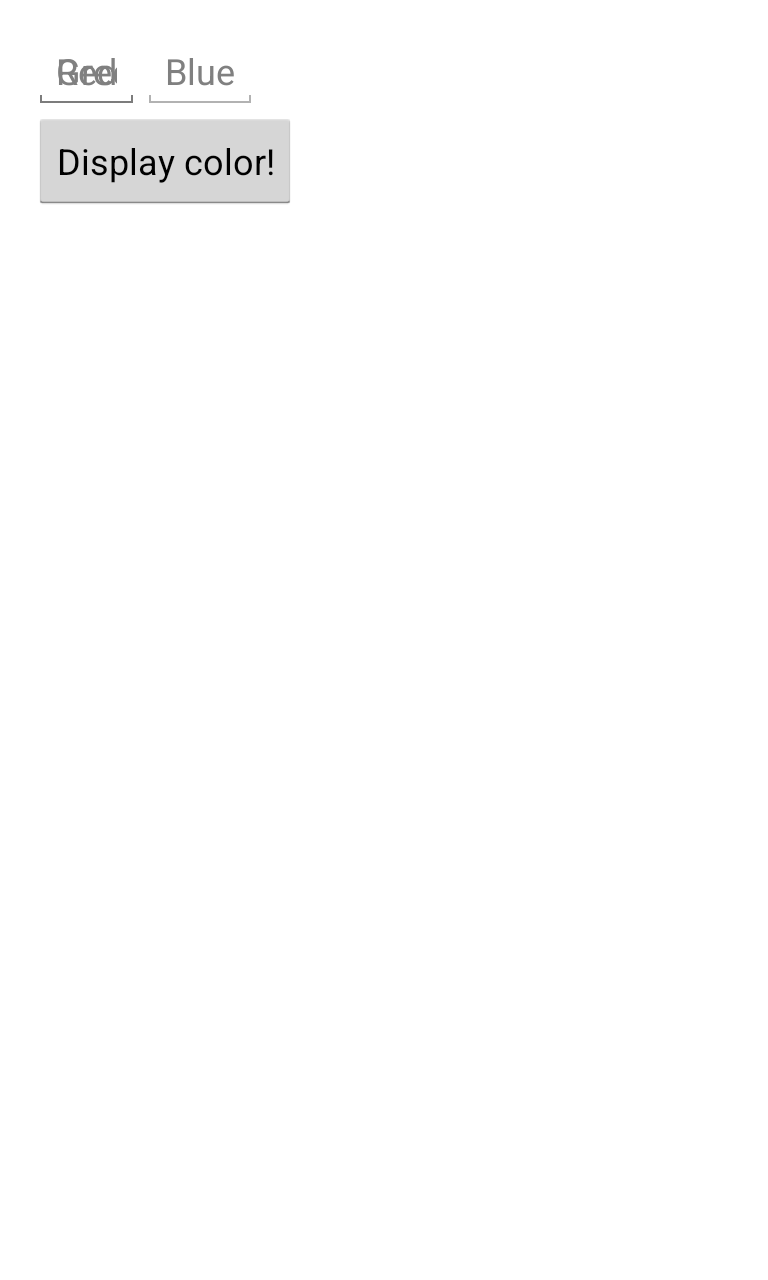
Repository: me222rs/AndroidLab1
Layout: ColorDisplay/res/layout/activity_color_display.xml
An editor plug-in stored every save of this project. The layout is shown before and after the next save, followed by the edit.
It is drawn on a 768 x 1280 px phone screen (xhdpi) without system bars, with theme AppTheme; the app's code is not run.

Above is the layout before, as saved 2014-11-18 08:18:54.

After the next save:
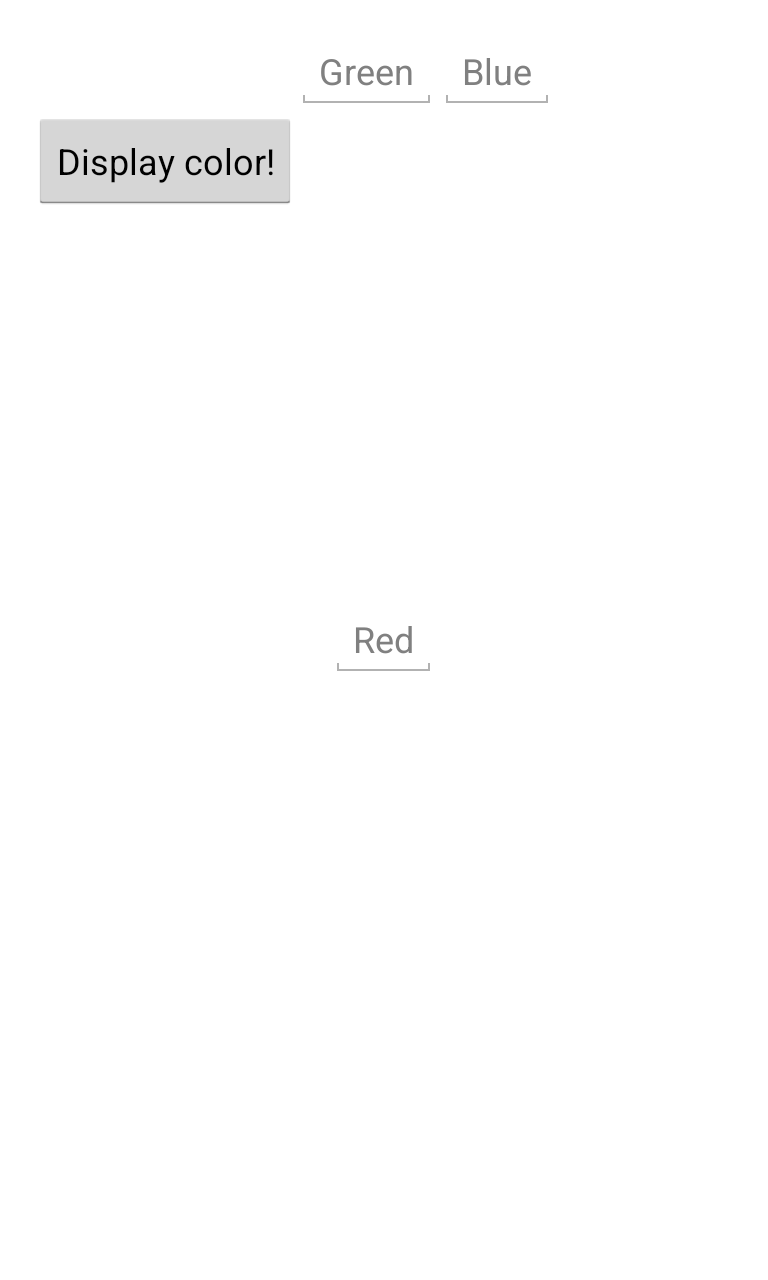
Saved 2 min 6 s later.
--- a/ColorDisplay/res/layout/activity_color_display.xml
+++ b/ColorDisplay/res/layout/activity_color_display.xml
@@ -14,9 +14,10 @@
 
 
         <EditText android:id="@+id/red"
+
         android:inputType="number"
 		android:layout_width="wrap_content"
-		android:layout_alignParentLeft="true"
+		android:layout_centerInParent="true"
 		android:layout_height="wrap_content"
 		android:hint="Red"
 		/>
